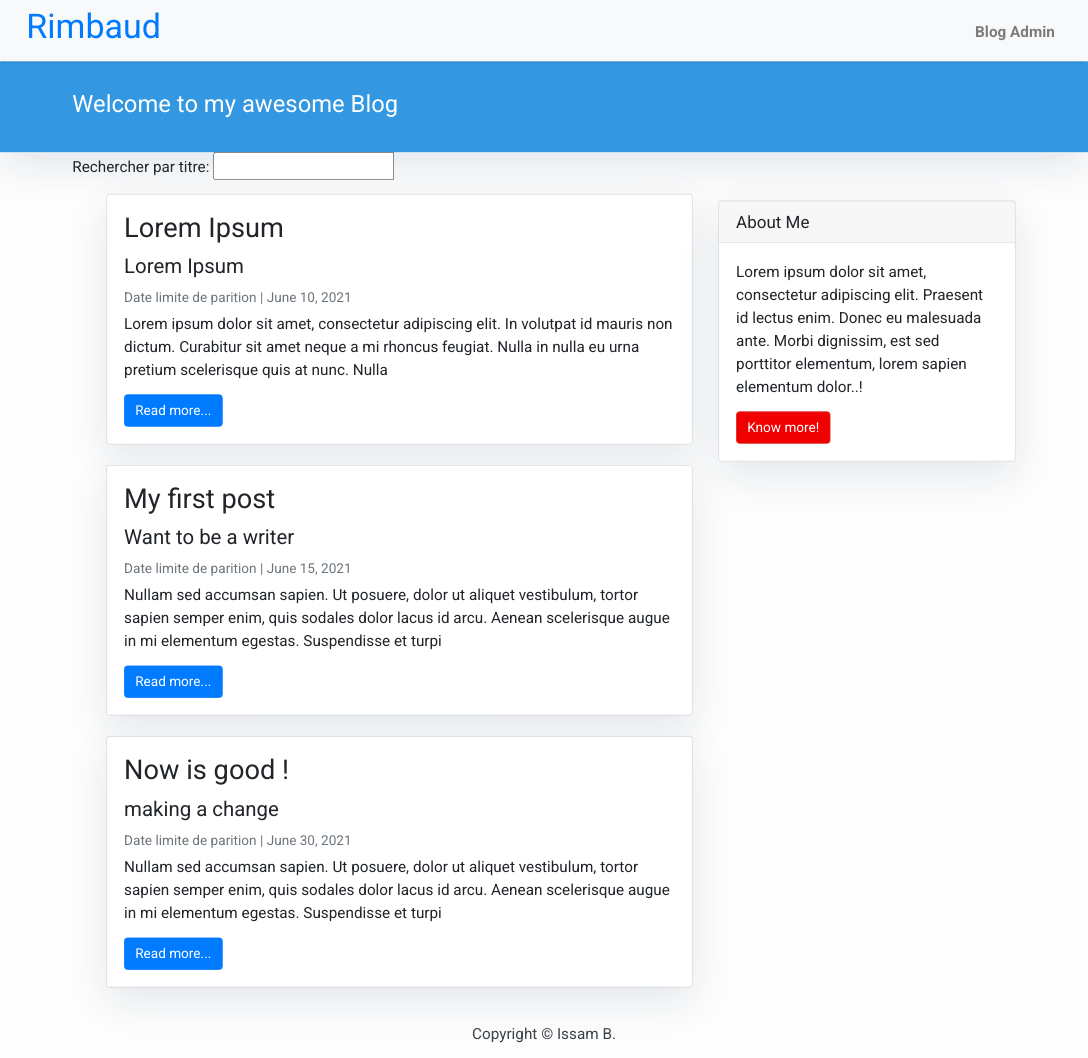
Repository: IssamBouzidi/rimbaud
Page: http://localhost/
The author's editor kept a copy of each file at every save. The page is drawn from the files as they stood at one save, then again after the next save.
The browser window is 1280 px wide. The pictures show the whole page, at 85% of full size.
The page is served by the project's application, run on Django 3.2 (manage.py). Other server files are loaded and not shown. The page reads the database file committed with the project.

Above is the page before, as saved 2021-06-04 01:16:28.

### blog/templates/index.html
{% extends "base.html" %}
{% block content %}
<style>
    body {
        font-family: "Roboto", sans-serif;
        font-size: 18px;
        background-color: #fdfdfd;
    }

    .head_text {
        color: white;
    }

    .card {
        box-shadow: 0 16px 48px #E3E7EB;
    }

    #id_radio:checked~.title_box {
        display: none;
    }

    #title_radio:checked~.id_box {
        display: none;
    }
</style>
<header class="masthead">
    <div class="overlay"></div>
    <div class="container">
        <div class="row">
            <div class=" col-md-8 col-md-10">
                <div class="site-heading">
                    <h3 class=" site-heading my-4 mt-3 text-white"> Welcome to my awesome Blog </h3>
                    </p>
                </div>
            </div>
        </div>
    </div>
</header>
<div class="container">
    <span class="title_box">Rechercher par titre: </span>
    <input type="text" id="title_box" class="title_box search_box">
    <div class="row">
        <!-- Blog Entries Column -->
        <div id="articles_block" class="col-md-8 mt-3 left">
            {% include "detail_article.html" %}
        </div>
        {% block sidebar %} {% include 'sidebar.html' %} {% endblock sidebar %}
    </div>
</div>
<script type="text/javascript">
    const search_boxes = document.getElementsByClassName('search_box')
    const block_list = document.getElementById('articles_block')
    console.log('pass');
    const inputHandler = function (e) {
        console.log('function');
        value = document.getElementById("title_box").value;

        console.log('value: ' + value)
        request = new Request(
            '/search_article/' + value
        );

        fetch(request)
            .then(res => {
                if (res.ok) {
                    console.log('ok')
                    return res.text();
                } else {
                    console.log('error')
                    return Promise.reject(res.status);
                }
            })
            .then(res => block_list.innerHTML = res)
            .catch(err => console.log(`Erreur avec le message : ${err}`));
    }

    Array.prototype.forEach.call(search_boxes, function (search_box) { search_box.addEventListener('input', inputHandler) });

</script>
{%endblock%}

### blog/templates/base.html
<!DOCTYPE html>
<html>

    <head>
        <title>Django Central</title>
        <link href="https://fonts.googleapis.com/css?family=Roboto:400,700" rel="stylesheet">
        <meta name="google" content="notranslate" />
        <meta name="viewport" content="width=device-width, initial-scale=1" />
        <link rel="stylesheet" href="https://maxcdn.bootstrapcdn.com/bootstrap/4.0.0/css/bootstrap.min.css" integrity="sha384-Gn5384xqQ1aoWXA+058RXPxPg6fy4IWvTNh0E263XmFcJlSAwiGgFAW/dAiS6JXm"
            crossorigin="anonymous" />
    </head>

    <body>
        <style>
            body {
            font-family: "Roboto", sans-serif;
            font-size: 17px;
            background-color: #fdfdfd;
        }
        .shadow {
            box-shadow: 0 4px 2px -2px rgba(0, 0, 0, 0.1);
        }
        .btn-danger {
            color: #fff;
            background-color: #f00000;
            border-color: #dc281e;
        }
        .masthead {
            background: #3398E1;
            height: auto;
            padding-bottom: 15px;
            box-shadow: 0 16px 48px #E3E7EB;
            padding-top: 10px;
        }
    </style>

    <!-- {% block title %}{% if subtitle %}{{ subtitle }} | {% endif %}{{ title }} | {{ site_title|default:_('Django site admin') }}{% endblock %} -->
        <!-- Navigation -->
        <nav class="navbar navbar-expand-lg navbar-light bg-light shadow" id="mainNav">
            <div class="container-fluid">
                {% block branding %}
                    <h1 id="site-name"><a href="#">Rimbaud</a></h1>
                {% endblock %}
                <button class="navbar-toggler navbar-toggler-right" type="button" data-toggle="collapse" data-target="#navbarResponsive"
                    aria-controls="navbarResponsive" aria-expanded="false" aria-label="Toggle navigation">
                    <span class="navbar-toggler-icon"></span>
                </button>
                <div class="collapse navbar-collapse" id="navbarResponsive">
                    <ul class="navbar-nav ml-auto">
                        <li class="nav-item text-black">
                            <a class="nav-link text-black font-weight-bold" href="{% url 'admin:index' %}">
                                {{ site_title|default:_('Blog Admin') }}
                            </a>
                        </li>
                    </ul>
                </div>
            </div>
        </nav>
        {% block content %}
        <!-- Content Goes here -->
        {% endblock content %}
        <!-- Footer -->
        <footer class="py-3 bg-grey">
            <p class="m-0 text-dark text-center ">Copyright &copy; Issam B.</p>
        </footer>
    </body>
</html>

### blog/templates/detail_article.html
<ul>
    {% for article in articles %}
    <div class="card mb-4">
        <div class="card-body">
            <h2 class="card-title">{{ article.title }}</h2>
            <h4 class="card-title">{{ article.description }}</h4>
            <p class="card-text text-muted h6">Date limite de parition | {{ article.visibility_date_limit}} </p>
            <p class="card-text">{{article.article|slice:":200" }}</p>
            <a href="/article/{{ article.id }}" class="btn btn-primary">Read more...</a>
        </div>
    </div>
    {% endfor %}
</ul>

### blog/templates/sidebar.html
{% block sidebar %}

<style>
        .card{
            box-shadow: 0 16px 48px #E3E7EB;
        }

</style>

<!-- Sidebar Widgets Column -->
<div class="col-md-4 float-right ">
<div class="card my-4">
        <h5 class="card-header">About Me</h5>
    <div class="card-body">
        <p class="card-text"> Lorem ipsum dolor sit amet, consectetur adipiscing elit. Praesent id lectus enim. Donec eu malesuada ante. Morbi dignissim, est sed porttitor elementum, lorem sapien elementum dolor..!</p>
        <a href="#" class="btn btn-danger">Know more!</a>
    </div>
</div>
</div>

{% endblock sidebar %}

### blog/models.py
from django.db import models


class Article(models.Model):
    title = models.CharField("Titre", max_length=25)
    description = models.CharField("Déscription", max_length=50)
    article = models.TextField("Article", max_length=1000)
    visibility_date_limit = models.DateField("Date limite de parution")
    visible_only_by_admin = models.BooleanField("Article visible par l'administrateur uniquement", default=True)

### blog/views.py
from django.shortcuts import render
from django.http import HttpResponse
from blog.models import Article
from django.db.models.query import QuerySet
import datetime


def get_all(request):
    query = __find_articles_query(request.user.is_superuser)
    articles_list = {"articles": query}
#    return render(request, "all.html", articles_list)
    return render(request, "index.html", articles_list)



def get_article(request, id: str):
    print(f'id: {id.__class__.__name__}')
    query = (__find_articles_query(request.user.is_superuser).filter(id=id).first())
    article = {"article": query}
    return render(request, "article.html", article)


def search_article(request, title: str = None):
    if title is None:
        query = __find_articles_query(request.user.is_superuser)
    else:
        query = __find_articles_query(request.user.is_superuser).filter(
            title__icontains=title
        )

    articles_list = {"articles": query}
    return render(request, "detail_article.html", articles_list)


def __find_articles_query(is_admin: bool = False) -> QuerySet:
    articles = Article.objects.exclude(
        visibility_date_limit__lt=datetime.datetime.now(),
    ).order_by("id")

    if not is_admin:
        articles = articles.exclude(
            visible_only_by_admin=True,
        )

    return articles

### rimbaud/urls.py
"""rimbaud URL Configuration

The `urlpatterns` list routes URLs to views. For more information please see:
    https://docs.djangoproject.com/en/3.1/topics/http/urls/
Examples:
Function views
    1. Add an import:  from my_app import views
    2. Add a URL to urlpatterns:  path('', views.home, name='home')
Class-based views
    1. Add an import:  from other_app.views import Home
    2. Add a URL to urlpatterns:  path('', Home.as_view(), name='home')
Including another URLconf
    1. Import the include() function: from django.urls import include, path
    2. Add a URL to urlpatterns:  path('blog/', include('blog.urls'))
"""
from django.contrib import admin
from django.urls import include, path

urlpatterns = [
    path('admin/', admin.site.urls),
    path('', include('blog.urls'))
]

### blog/urls.py
from django.urls import path

from . import views

urlpatterns = [
    path("", views.get_all),
    path("article/<str:id>", views.get_article),
    path("search_article/", views.search_article),
    path("search_article/<str:title>", views.search_article)
]

### db.sqlite3 (the tables this page reads, as SQL)
CREATE TABLE "blog_article" ("id" integer NOT NULL PRIMARY KEY AUTOINCREMENT, "title" varchar(25) NOT NULL, "description" varchar(50) NOT NULL, "article" text NOT NULL, "visible_only_by_admin" bool NOT NULL, "visibility_date_limit" date NOT NULL);
INSERT INTO "blog_article" VALUES
(1, 'Lorem Ipsum', 'Lorem Ipsum', 'Lorem ipsum dolor sit amet, consectetur adipiscing elit. In volutpat id mauris non dictum. Curabitur sit amet neque a mi rhoncus feugiat. Nulla in nulla eu urna pretium scelerisque quis at nunc. Nulla leo purus, blandit a porta in, auctor ac ante. Praesent suscipit turpis volutpat velit suscipit maximus. Donec eget tincidunt lacus, sed ultrices diam. Vestibulum tellus nisl, pellentesque suscipit ornare rhoncus, accumsan eu elit. Aliquam erat volutpat. Vivamus dictum nibh ut sem molestie, et maximus sapien vestibulum. Pellentesque faucibus porta leo.

Vivamus feugiat enim dui, id ultricies dui vulputate et. Nam vulputate erat nisi, sed interdum nibh convallis ut. Morbi vitae quam quis mi mollis luctus ut in arcu. Nam vel enim ac mauris pulvinar dignissim quis at augue. Phasellus in nisi justo. Maecenas condimentum efficitur justo vel ultricies. Vivamus commodo, arcu non cursus congue, nisi magna ultricies magna, vel consequat tortor leo vel nunc.', 0, '2021-06-10'),
(2, 'My first post', 'Want to be a writer', 'Nullam sed accumsan sapien. Ut posuere, dolor ut aliquet vestibulum, tortor sapien semper enim, quis sodales dolor lacus id arcu. Aenean scelerisque augue in mi elementum egestas. Suspendisse et turpis et nibh pretium ultricies venenatis nec urna. Mauris eget congue enim. Nulla condimentum ex quis suscipit gravida. Praesent tristique massa ac dignissim commodo. Fusce purus tellus, mattis nec bibendum nec, maximus sed risus. Morbi consequat pellentesque erat et blandit. Interdum et malesuada fames ac ante ipsum primis in faucibus. Donec imperdiet nisl sit amet nibh ornare, dapibus sodales ligula finibus. Curabitur sagittis faucibus tempus. In ante nulla, aliquam bibendum quam eget, accumsan semper urna.

Sed euismod libero ut fermentum finibus. Donec vulputate varius tortor, id dapibus ex rutrum sed. Vestibulum sed odio lacus. Integer commodo lacus vel ex congue rhoncus in non erat. Maecenas efficitur interdum tincidunt. Vivamus semper, leo at lacinia sodales, sapien tortor egestas', 0, '2021-06-15'),
(3, 'Now is good !', 'making a change', 'Nullam sed accumsan sapien. Ut posuere, dolor ut aliquet vestibulum, tortor sapien semper enim, quis sodales dolor lacus id arcu. Aenean scelerisque augue in mi elementum egestas. Suspendisse et turpis et nibh pretium ultricies venenatis nec urna. Mauris eget congue enim. Nulla condimentum ex quis suscipit gravida. Praesent tristique massa ac dignissim commodo. Fusce purus tellus, mattis nec bibendum nec, maximus sed risus. Morbi consequat pellentesque erat et blandit. Interdum et malesuada fames ac ante ipsum primis in faucibus. Donec imperdiet nisl sit amet nibh ornare, dapibus sodales ligula finibus. Curabitur sagittis faucibus tempus. In ante nulla, aliquam bibendum quam eget, accumsan semper urna.

Sed euismod libero ut fermentum finibus. Donec vulputate varius tortor, id dapibus ex rutrum sed. Vestibulum sed odio lacus. Integer commodo lacus vel ex congue rhoncus in non erat. Maecenas efficitur interdum tincidunt. Vivamus semper, leo at lacinia sodales, sapien tortor egestas', 0, '2021-06-30');

After the next save:
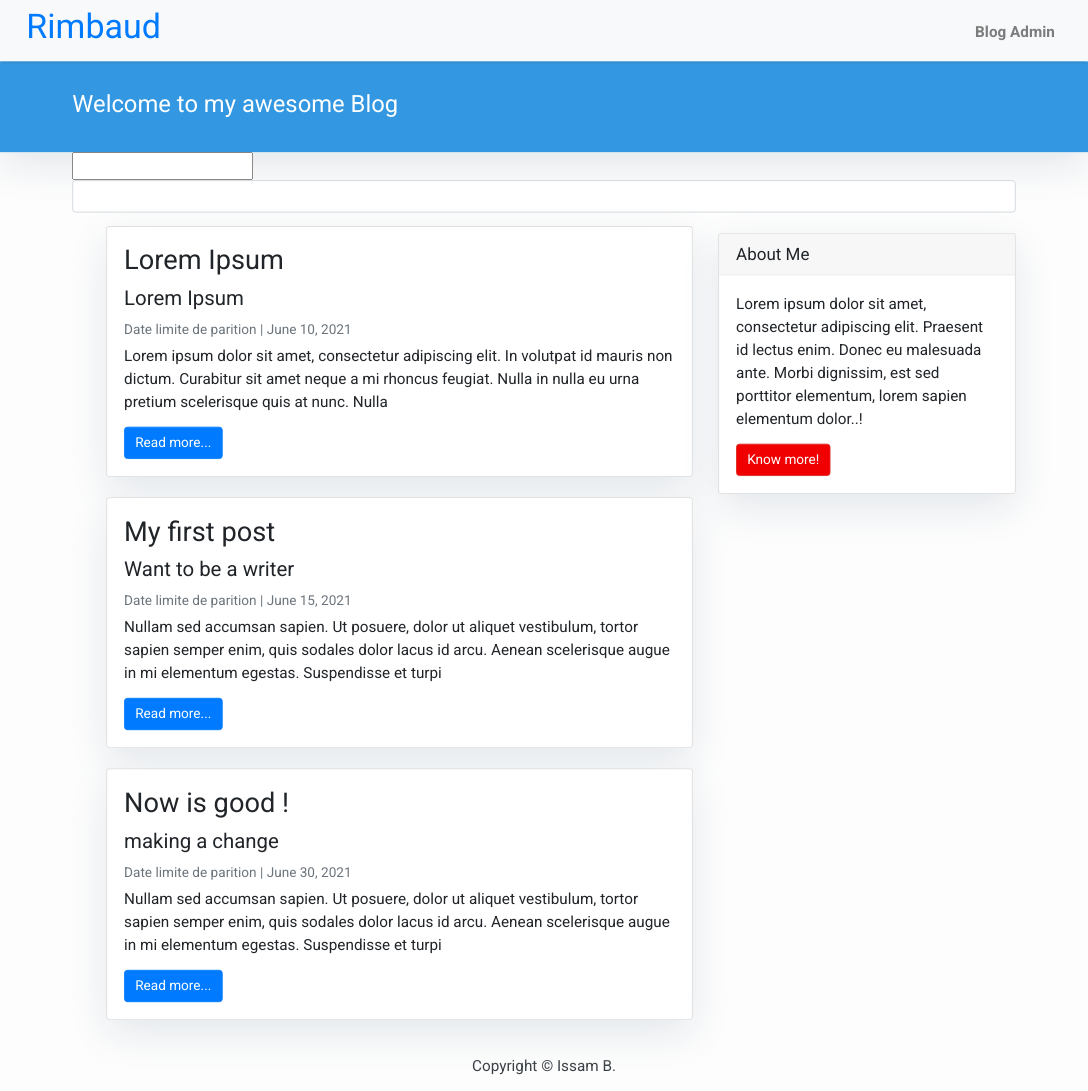
Saved 3 min 16 s later.
--- a/blog/templates/index.html
+++ b/blog/templates/index.html
@@ -37,8 +37,9 @@
     </div>
 </header>
 <div class="container">
-    <span class="title_box">Rechercher par titre: </span>
+    <!-- <span class="title_box">Rechercher par titre: </span> -->
     <input type="text" id="title_box" class="title_box search_box">
+    <input type="text" class="form-control title_box search_box" id="title_box" aria-describedby="emailHelp">
     <div class="row">
         <!-- Blog Entries Column -->
         <div id="articles_block" class="col-md-8 mt-3 left">
